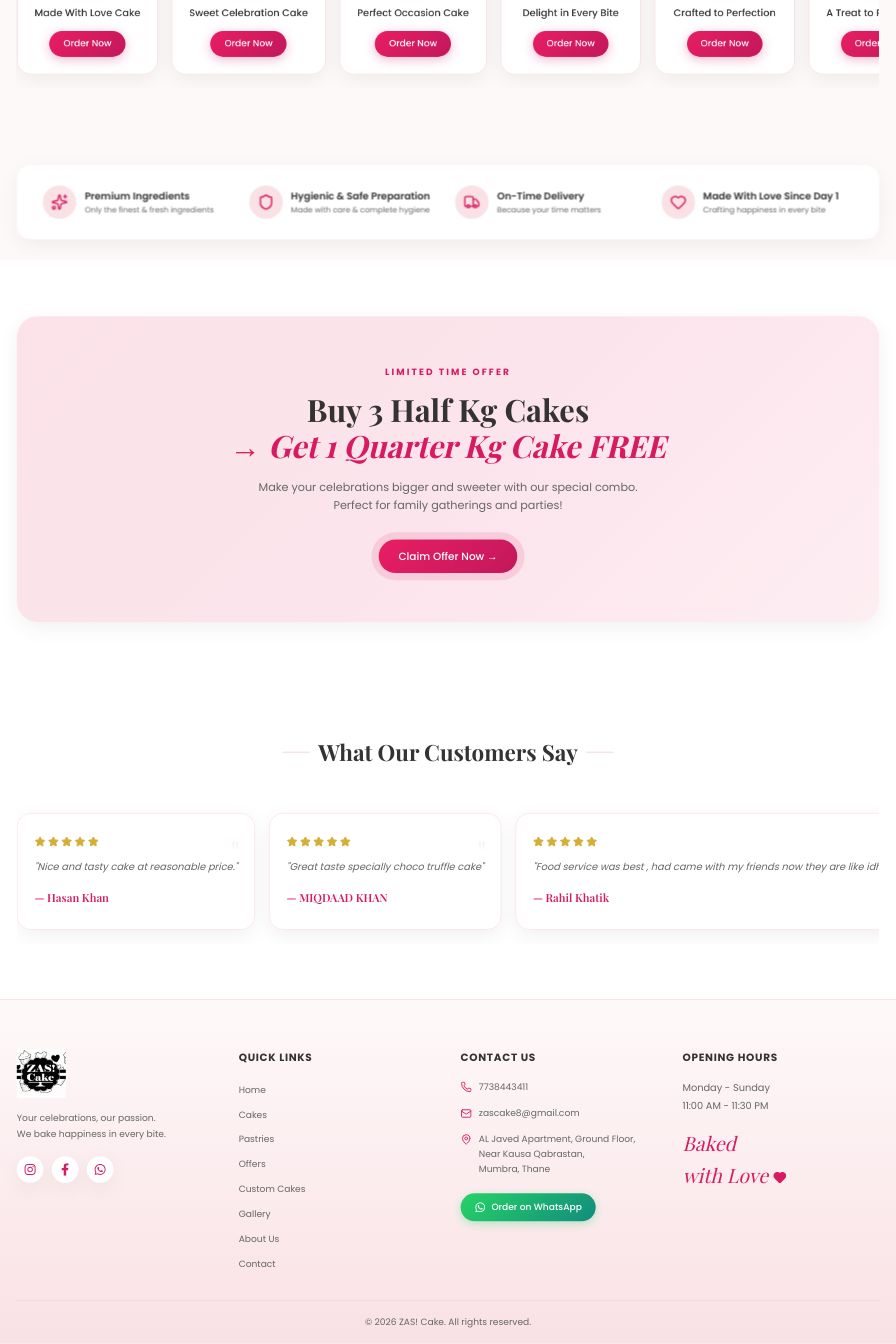
Repository: rahilkk2/zas-cake
Page: /
An editor plug-in stored every save of this project. The page is shown before and after the next save, followed by the edit.
The browser window is 1280 px wide. The pictures show the part of the page from y = 2584 to 4504 px (the page is 4504 px tall), at 70% of full size.
Some web fonts or font styles are not loaded; a fallback is used. The project was rebuilt for these pictures with package versions that can differ from the ones it lists, and the page was loaded fresh each time. Also part of the build but not shown: vite.config.js.

Above is the page before, as saved 2026-04-30 12:06:04.

After the next save:
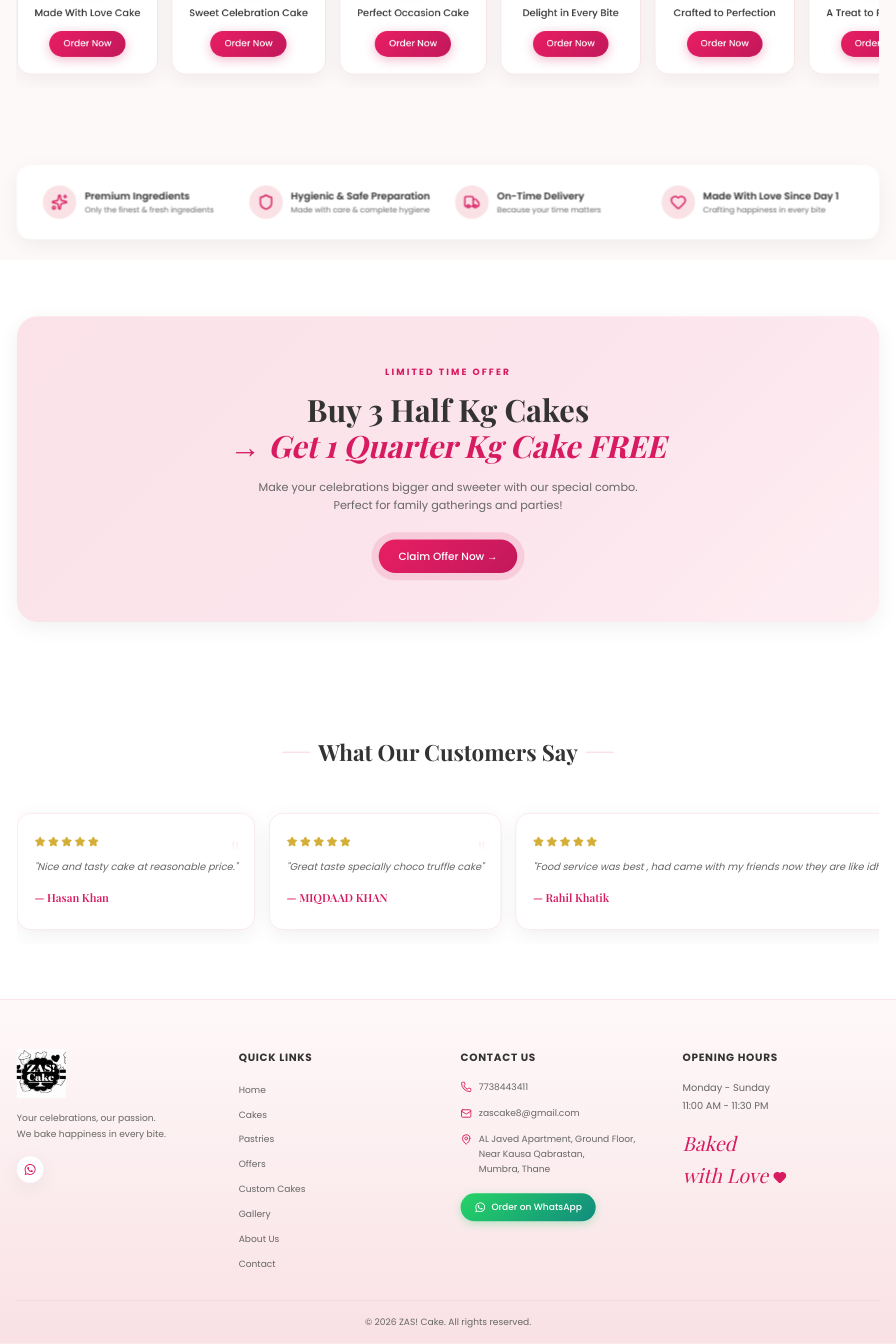
Saved 4 s later.
--- a/src/App.jsx
+++ b/src/App.jsx
@@ -311,8 +311,6 @@
             <img src="/logo.png" alt="ZAS! Cake" className="footer-logo" />
             <p className="footer-desc">Your celebrations, our passion.<br/>We bake happiness in every bite.</p>
             <div className="social-icons">
-              <a href="https://instagram.com/zascake8" target="_blank" rel="noreferrer" className="social-icon"><FaInstagram size={18} /></a>
-              <a href="#" className="social-icon"><FaFacebookF size={18} /></a>
               <a href="https://wa.me/917738443411" target="_blank" rel="noreferrer" className="social-icon"><FaWhatsapp size={18} /></a>
             </div>
           </div>
